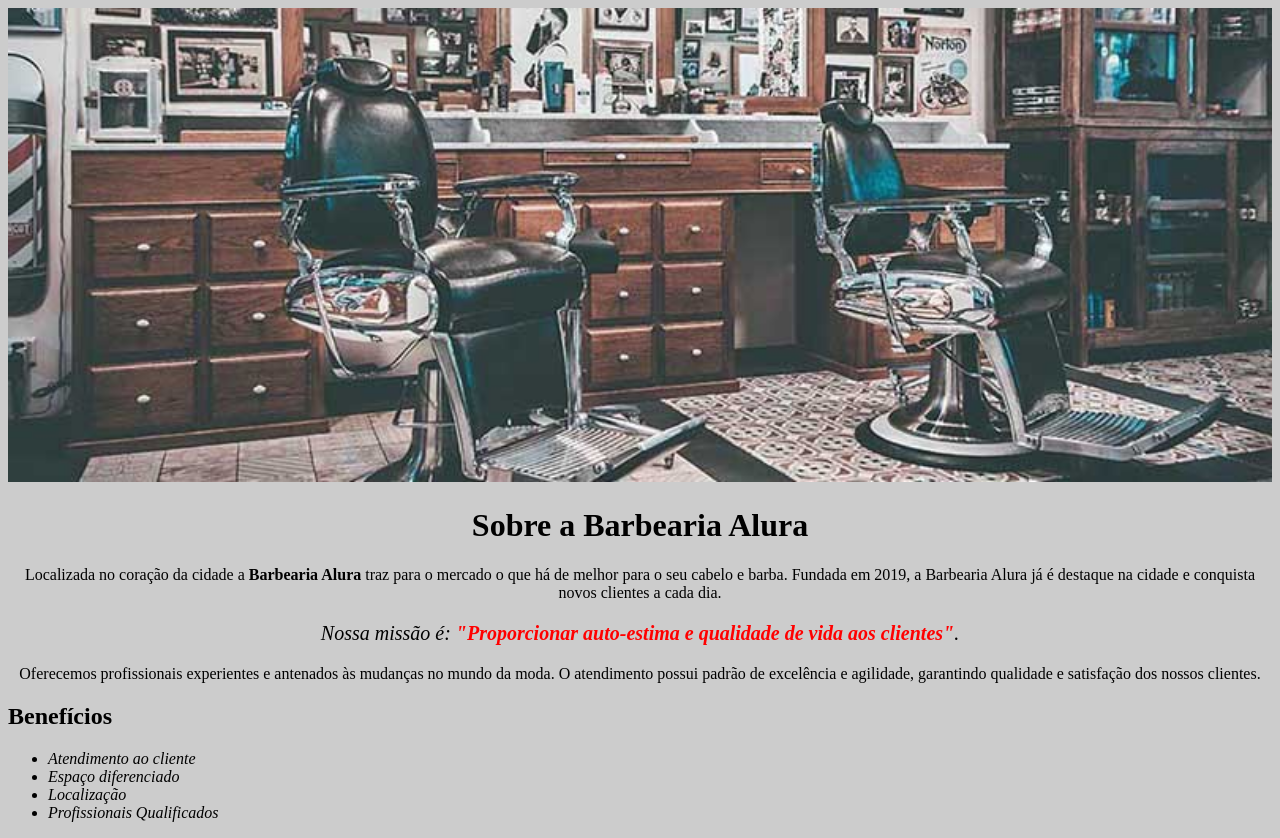
Repository: RenatoCCS/Barbearia_Alura
Page: index.html
The author's editor kept a copy of each file at every save. The page is drawn from the files as they stood at one save, then again after the next save.
The browser window is 1280 px wide. The pictures show the whole page.

Above is the page before, as saved 2022-10-17 21:11:06.

### index.html
<!DOCTYPE html>

<html lang="pt-br">
  <head>
    <meta charset="UTF-8" />
    <title>Barbearia Alura</title>
    <link rel="stylesheet" href="style.css" />
  </head>

  <body>
    <img id="banner" src="banner.jpg" />
    <div>
      <h1>Sobre a Barbearia Alura</h1>

      <p style="text-align: center">
        Localizada no coração da cidade a <strong>Barbearia Alura</strong> traz
        para o mercado o que há de melhor para o seu cabelo e barba. Fundada em
        2019, a Barbearia Alura já é destaque na cidade e conquista novos
        clientes a cada dia.
      </p>

      <p id="missao">
        <em>
          Nossa missão é:
          <strong
            >"Proporcionar auto-estima e qualidade de vida aos clientes"</strong
          >.
        </em>
      </p>

      <p style="text-align: center">
        Oferecemos profissionais experientes e antenados às mudanças no mundo da
        moda. O atendimento possui padrão de excelência e agilidade, garantindo
        qualidade e satisfação dos nossos clientes.
      </p>
    </div>

    <div class="beneficios">
      <h2>Benefícios</h2>
      <ul>
        <li class="itens">Atendimento ao cliente</li>
        <li class="itens">Espaço diferenciado</li>
        <li class="itens">Localização</li>
        <li class="itens">Profissionais Qualificados</li>
      </ul>
    </div>
  </body>
</html>

### style.css
body {
  background: #cccccc;
}

#banner {
  width: 100%;
}

h1 {
  text-align: center;
}

p {
  text-align: center;
}

#missao {
  font-size: 20px;
}

em strong {
  color: #ff0000;
}

.itens {
  font-style: italic;
}

.beneficios {
  background: ;
}

After the next save:
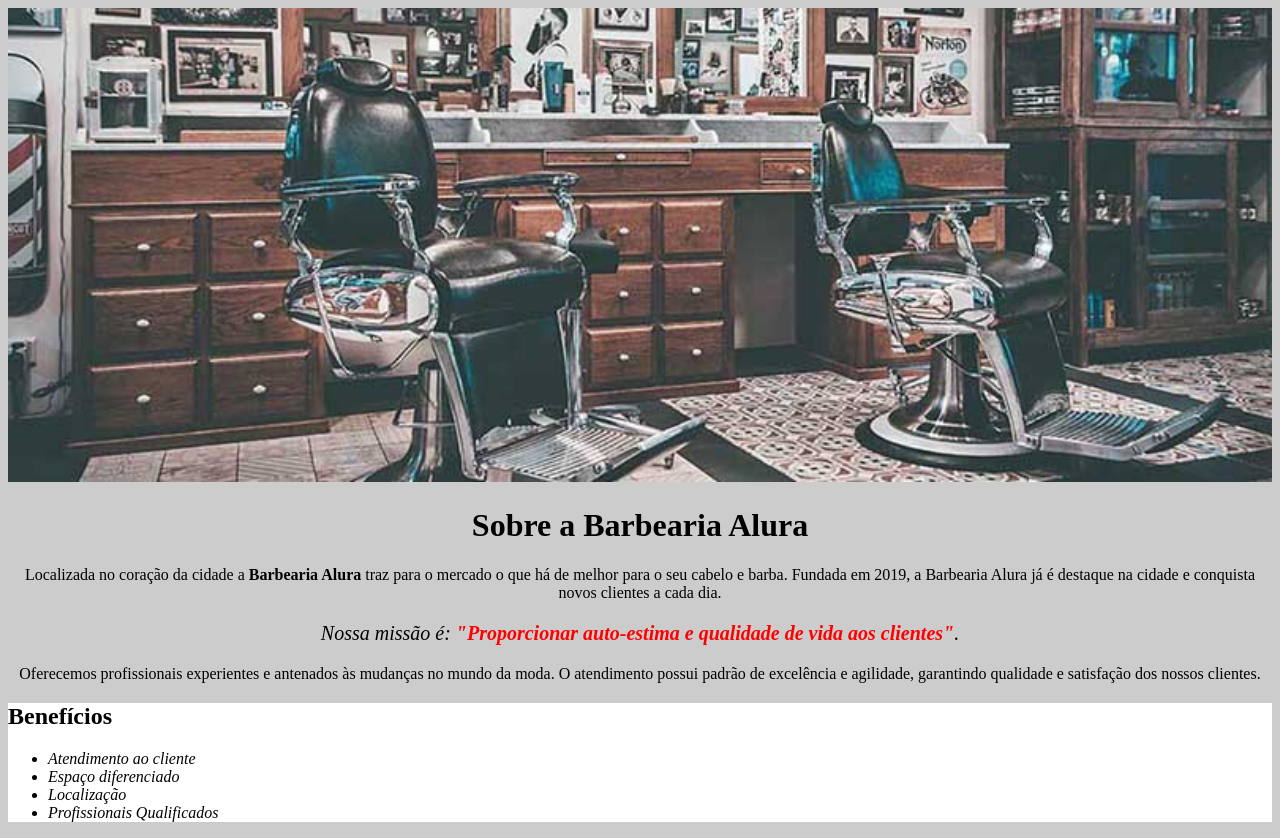
Saved 12 s later.
--- a/style.css
+++ b/style.css
@@ -27,5 +27,5 @@ em strong {
 }
 
 .beneficios {
-  background: ;
+  background: #ffffff;
 }
